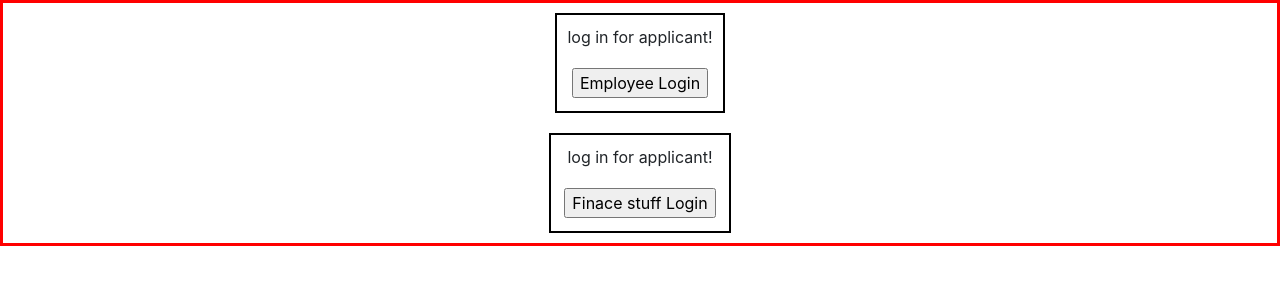
Repository: 2001usfpega/ZhenJ-code
Page: Project1/Showmethemoney/src/main/webapp/resources/html/homepage.html
These files come from the project's save history. The page is drawn as it stood at one moment and after the next save; the edit follows.
The browser window is 1280 px wide. The pictures show the whole page.

Above is the page before, as saved 2020-02-09 16:17:21.

After the next save:
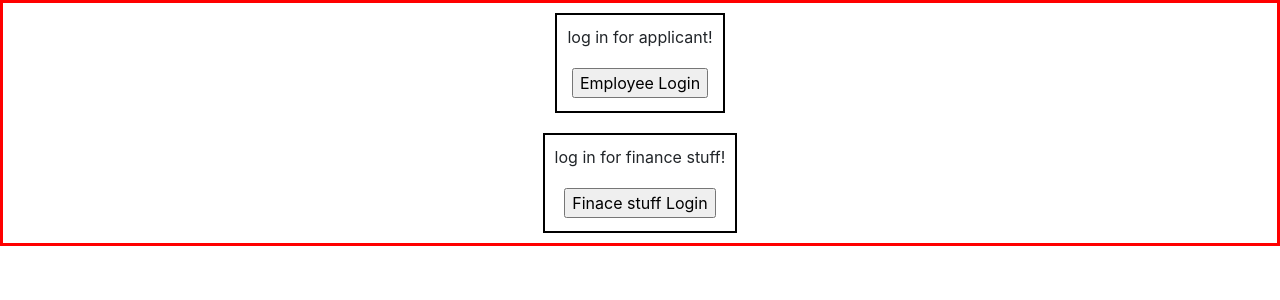
Saved 14 min 15 s later.
--- a/Project1/Showmethemoney/src/main/webapp/resources/html/homepage.html
+++ b/Project1/Showmethemoney/src/main/webapp/resources/html/homepage.html
@@ -22,7 +22,7 @@
 		</form>
 
 		<form method="post" action="/Showmethemoney/toFinaceLogIn">
-			<p>log in for applicant!</p>
+			<p>log in for finance stuff!</p>
 			<input type="submit" value="Finace stuff Login" />
 		</form>
 
